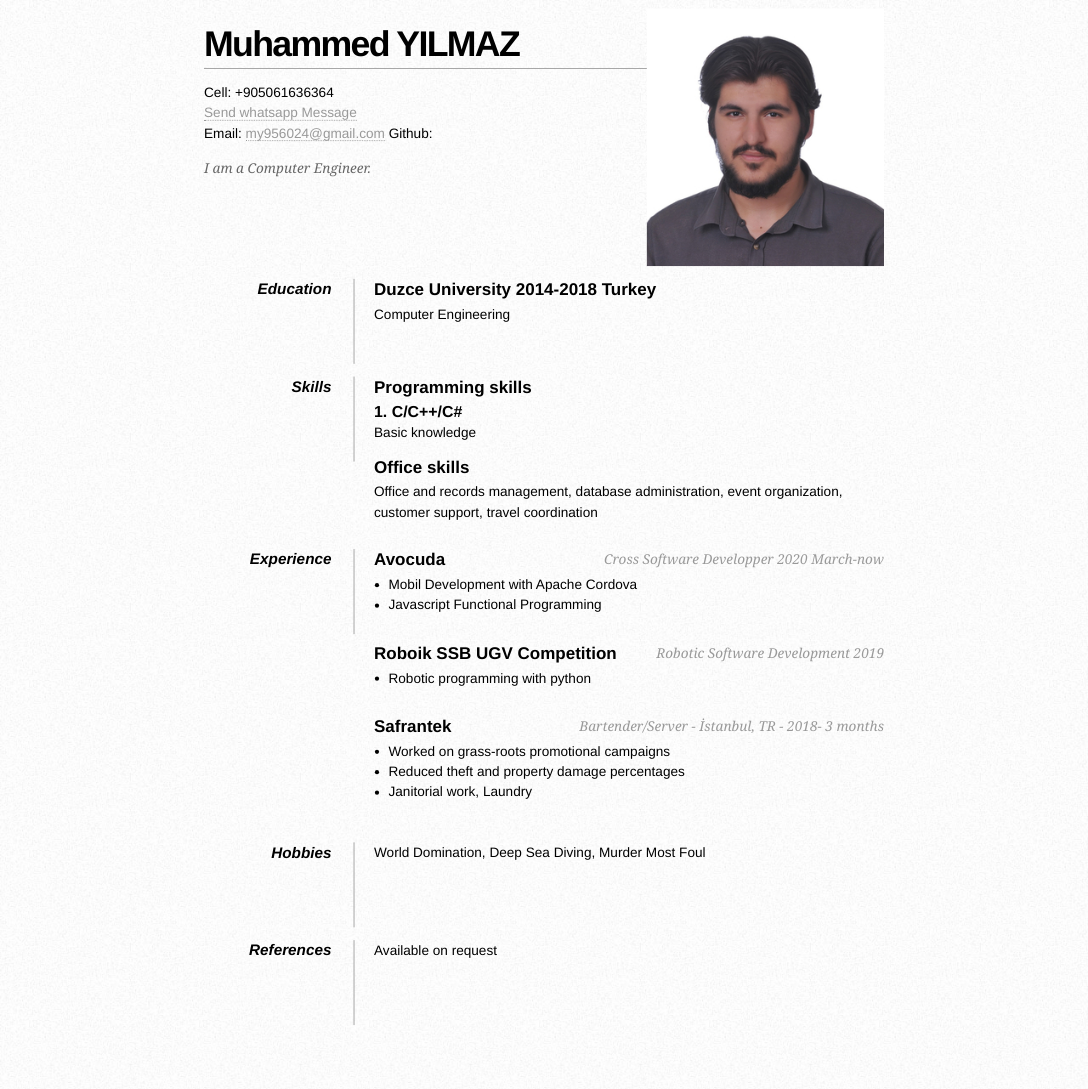
Repository: muhyilmaz/muhyilmaz.github.io
Page: index.html
These files come from the project's save history. The page is drawn as it stood at one moment and after the next save; the edit follows.
The browser window is 1280 px wide. The pictures show the whole page, at 85% of full size.

Above is the page before, as saved 2020-06-07 01:50:52.

### index.html
<!DOCTYPE html PUBLIC "-//W3C//DTD XHTML 1.0 Strict//EN"
"http://www.w3.org/TR/xhtml1/DTD/xhtml1-strict.dtd">

<html xmlns="http://www.w3.org/1999/xhtml" xml:lang="en" lang="en">

<head>
     <meta http-equiv="Content-Type" content="text/html; charset=utf-8"/>

     <title>MUHAMMED YILMAZ</title>

     <style type="text/css">
        * { margin: 0; padding: 0; }
        body { font: 16px Helvetica, Sans-Serif; line-height: 24px; background: url(images/noise.jpg); }
        .clear { clear: both; }
        #page-wrap { width: 800px; margin: 40px auto 60px; }
        #pic { float: right; margin: -30px 0 0 0; }
        h1 { margin: 0 0 16px 0; padding: 0 0 16px 0; font-size: 42px; font-weight: bold; letter-spacing: -2px; border-bottom: 1px solid #999; }
        h2 { font-size: 20px; margin: 0 0 6px 0; position: relative; }
        h2 span { position: absolute; bottom: 0; right: 0; font-style: italic; font-family: Georgia, Serif; font-size: 16px; color: #999; font-weight: normal; }
        p { margin: 0 0 16px 0; }
        a { color: #999; text-decoration: none; border-bottom: 1px dotted #999; }
        a:hover { border-bottom-style: solid; color: black; }
        ul { margin: 0 0 32px 17px; }
        #objective { width: 500px; float: left; }
        #objective p { font-family: Georgia, Serif; font-style: italic; color: #666; }
        dt { font-style: italic; font-weight: bold; font-size: 18px; text-align: right; padding: 0 26px 0 0; width: 150px; float: left; height: 100px; border-right: 1px solid #999;  }
        dd { width: 600px; float: right; }
        dd.clear { float: none; margin: 0; height: 15px; }
     </style>
</head>

<body>

    <div id="page-wrap">

        <img src="images/profileres.jpg" alt="Photo of Cthulu" id="pic" />

        <div id="contact-info" class="vcard">

            <!-- Microformats! -->

            <h1 class="fn">Muhammed YILMAZ</h1>

            <p>
                Cell: <span class="tel">+905061636364</span><br />
                <a href="whatsapp://send?abid=+905061636364&text=Hello">Send whatsapp Message</a><br />
                Email: <a class="email" href="mailto:my956024@gmail.com">my956024@gmail.com</a>
                Github: <a href="github.com/muhyilmaz"></a>
            </p>
        </div>

        <div id="objective">
            <p>
                I am a Computer Engineer.
            </p>
        </div>

        <div class="clear"></div>

        <dl>
            <dd class="clear"></dd>

            <dt>Education</dt>
            <dd>
                <h2>Duzce University 2014-2018 Turkey</h2>
                <p> Computer Engineering </br>

				</p>
            </dd>

            <dd class="clear"></dd>

            <dt>Skills</dt>
            <dd>
                <!---
				<h2>Office skills</h2>
                <p>Office and records management, database administration, event organization, customer support, travel coordination</p>

                <h2>Computer skills</h2>
                <p>Microsoft productivity software (Word, Excel, etc), Adobe Creative Suite, Windows</p>
				-->
				<h2>Programming skills</h2>
				<h3>1. C/C++/C# </h3>
                <p>Basic knowledge </p>

				<h2>Office skills</h2>
                <p>Office and records management, database administration, event organization, customer support, travel coordination</p>
			</dd>

            <dd class="clear"></dd>

            <dt>Experience</dt>
            <dd>
                <h2>Avocuda <span>Cross Software Developper 2020 March-now</span></h2>
                <ul>
                    <li> Mobil Development with Apache Cordova</li>
					<li> Javascript Functional Programming</li>

                </ul>
                <h2>Roboik SSB UGV Competition <span>Robotic Software Development 2019</span></h2>
                <ul>
                    <li>Robotic programming with python</li>

                </ul>
                <h2>Safrantek <span>Bartender/Server - İstanbul, TR - 2018- 3 months</span></h2>
                <ul>
                    <li>Worked on grass-roots promotional campaigns</li>
                    <li>Reduced theft and property damage percentages</li>
                    <li>Janitorial work, Laundry</li>
                </ul>
            </dd>

            <dd class="clear"></dd>

            <dt>Hobbies</dt>
            <dd>World Domination, Deep Sea Diving, Murder Most Foul</dd>

            <dd class="clear"></dd>

            <dt>References</dt>
            <dd>Available on request</dd>

            <dd class="clear"></dd>
        </dl>

        <div class="clear"></div>

    </div>

</body>

</html>

After the next save:
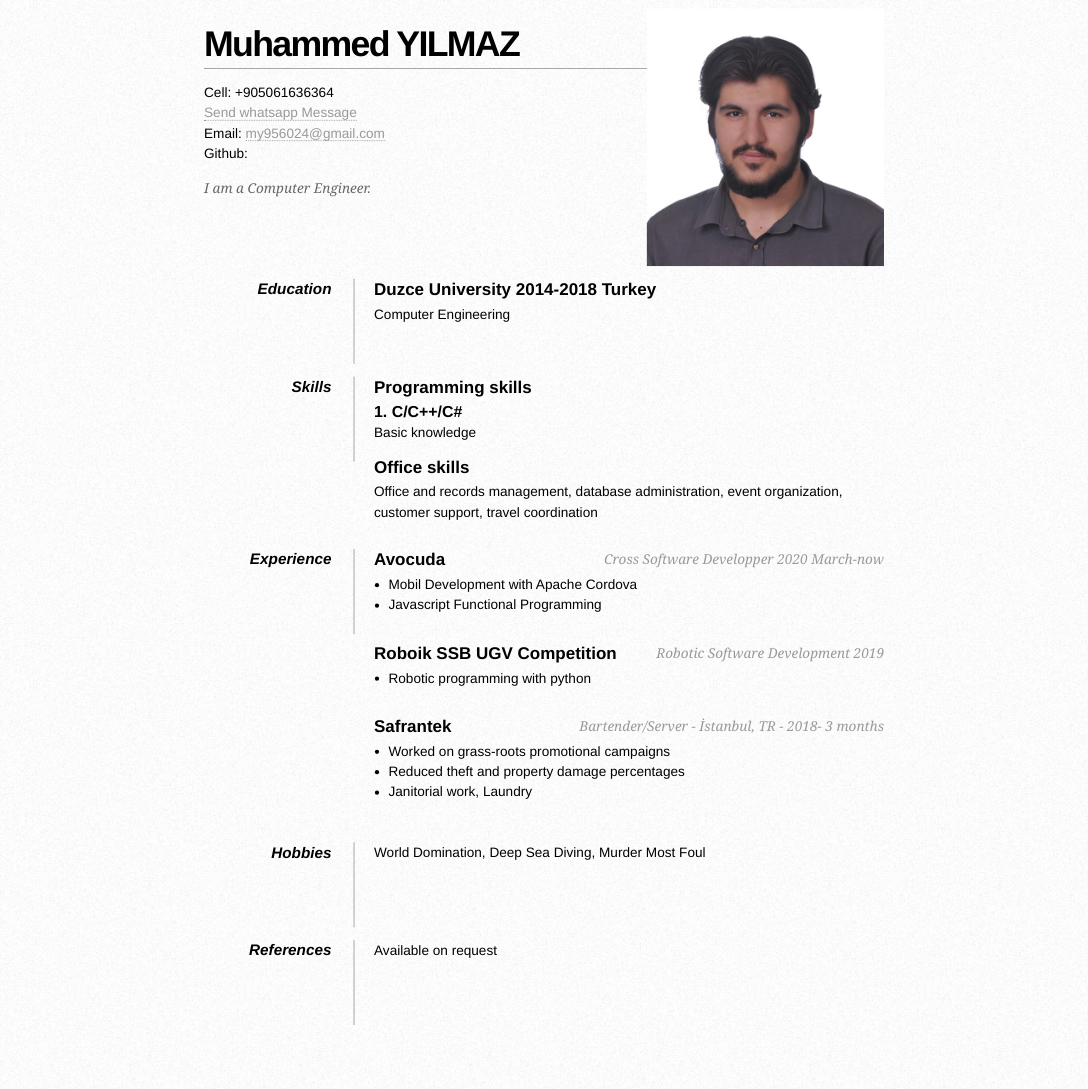
Saved 7 s later.
--- a/index.html
+++ b/index.html
@@ -44,7 +44,7 @@
             <p>
                 Cell: <span class="tel">+905061636364</span><br />
                 <a href="whatsapp://send?abid=+905061636364&text=Hello">Send whatsapp Message</a><br />
-                Email: <a class="email" href="mailto:my956024@gmail.com">my956024@gmail.com</a>
+                Email: <a class="email" href="mailto:my956024@gmail.com">my956024@gmail.com</a><br />
                 Github: <a href="github.com/muhyilmaz"></a>
             </p>
         </div>
